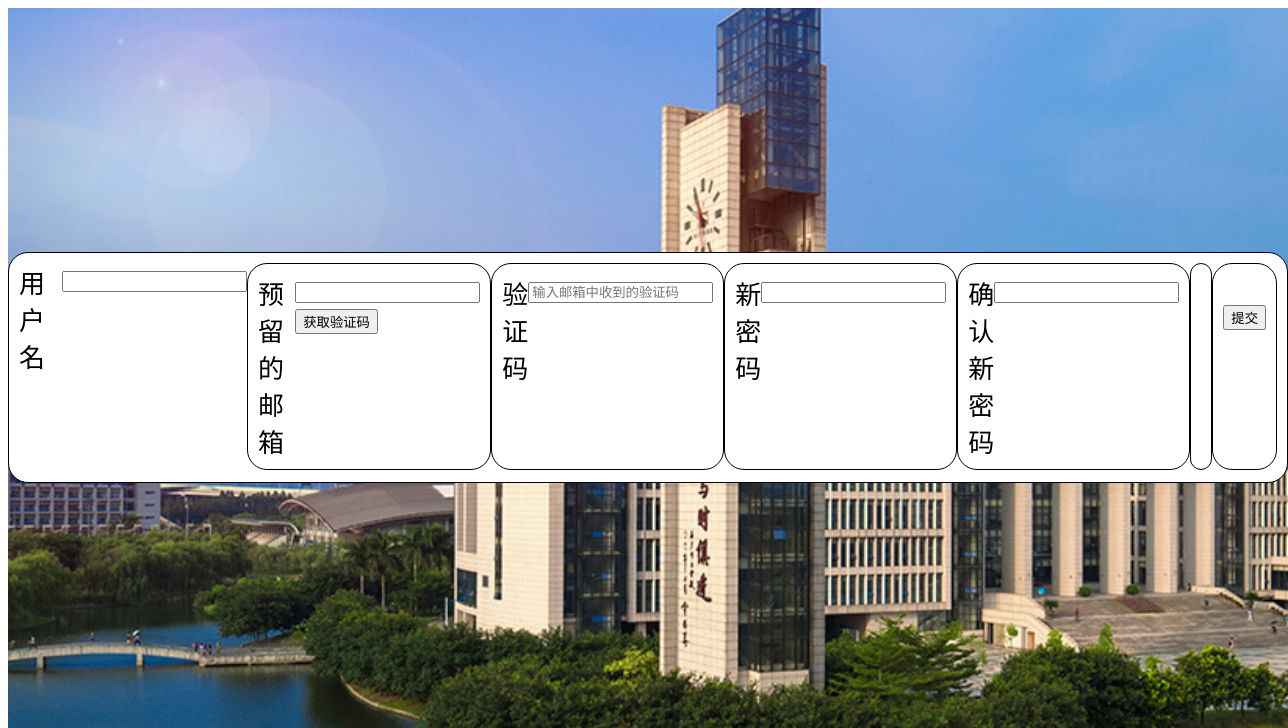
Repository: IAmJiangWenHao/ReportServer
Page: demo.html
An editor plug-in stored every save of this project. The page is shown before and after the next save, followed by the edit.
The browser window is 1280 px wide. The page is 1288 px wide, so the pictures cover 1288 px, including what lies to the right of the window. The pictures show the whole page.

Above is the page before, as saved 2023-05-16 12:36:10.

After the next save:
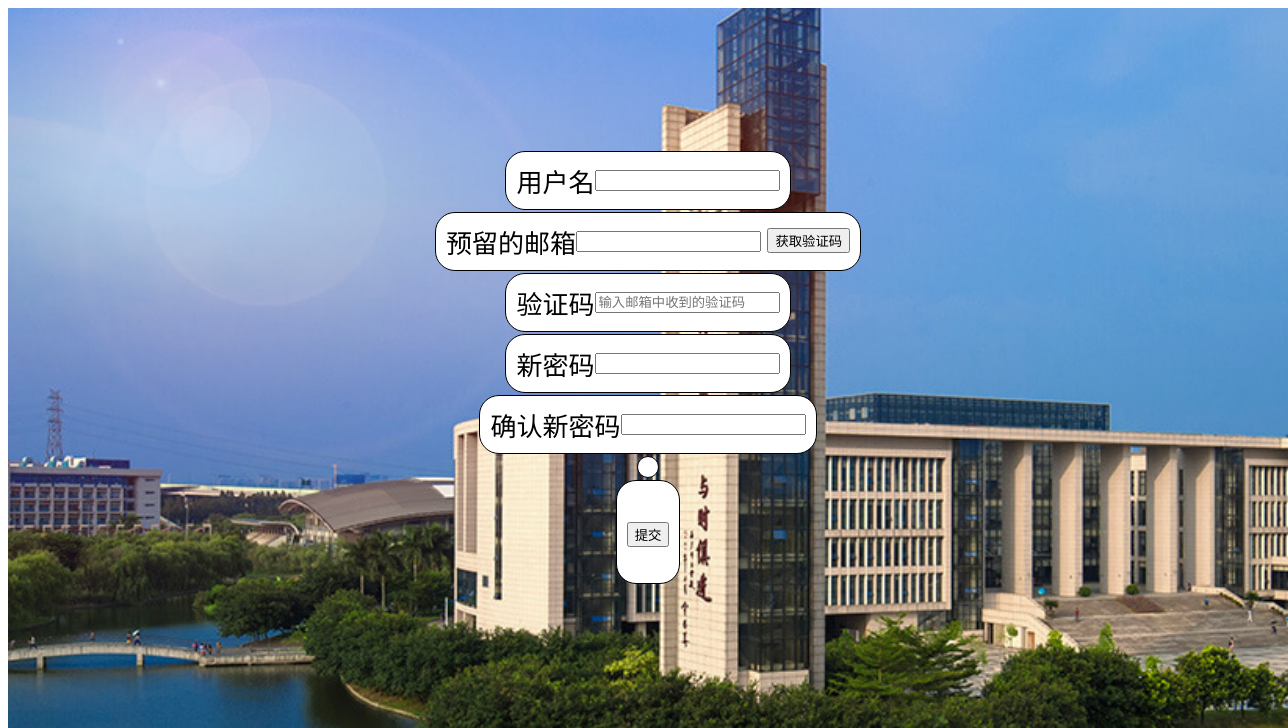
Saved 69 s later.
--- a/demo.html
+++ b/demo.html
@@ -51,7 +51,7 @@
     <div class="mybody">
       <form action="forgetPass.do" method="post" name="form1" onSubmit="return Check()">
 
-        <div class="hang">用户名 <div id="old"><input type="text" name="username" ></div>
+        <div class="hang">用户名 <div id="old"><input type="text" name="username" ></div></div>
         <div class="hang">预留的邮箱 <div id="email"><input type="text" name="email" onblur=isEmail(this.value)> <input type="button" id="button" value="获取验证码"></div></div>
         <div class="hang">验证码<div id="emailcode"><input type="text" name="emailCheckcode"  placeholder="输入邮箱中收到的验证码"/></div></div>
         <div class="hang">新密码 <div id="new"><input type="password" id="idnewpass" name="newpass" ><div id="info_newpass" style="color: #ff0000;display:inline;"></div></div></div>
